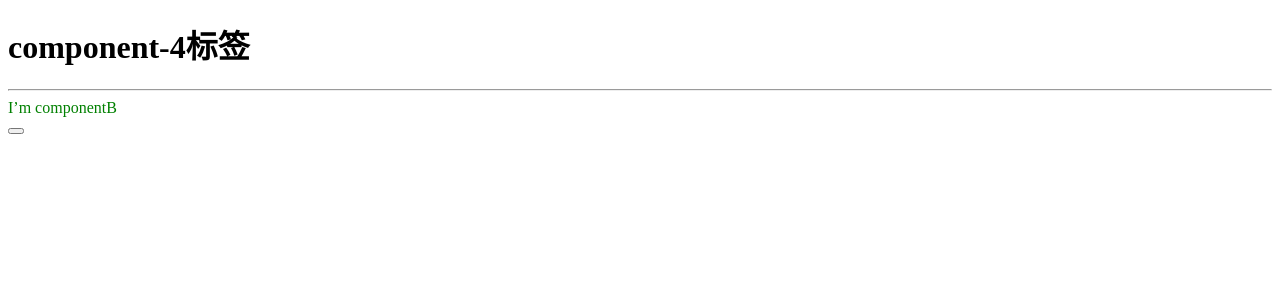
Repository: 13982720426/vue2.0-LearningNotes
Page: example/component-4.html
An editor plug-in stored every save of this project. The page is shown before and after the next save, followed by the edit.
The browser window is 1280 px wide. The pictures show the whole page.

Above is the page before, as saved 2021-06-24 22:17:32.

### example/component-4.html
<!DOCTYPE html>
<html lang="en">
  <head>
    <meta charset="UTF-8" />
    <meta http-equiv="X-UA-Compatible" content="IE=edge" />
    <meta name="viewport" content="width=device-width, initial-scale=1.0" />
    <title>component-4标签</title>
    <script type="text/javascript" src="../assets/js/vue.js"></script>
  </head>
  <body>
    <h1>component-4标签</h1>
    <hr />
    <div id="app">
      <component v-bind:is="who"></component>
      <button @click="changeComponent"></button>
    </div>

    <script type="text/javascript">
      var componentA = {
        template: '<div style="color:red">I’m componentA</div>',
      };
      var componentB = {
        template: '<div style="color:green">I’m componentB</div>',
      };
      var componentC = {
        template: '<div style="color:pink">I’m componentC</div>',
      };
    </script>

    <script type="text/javascript">
      var app = new Vue({
        el: '#app',
        data: {
          who: componentB,
        },
        components: {
          componentA: componentA,
          componentB: componentB,
          componentC: componentC,
        },
        methods: {
          changeComponent: function () {
            if (this.who === 'componentA') {
              this.who = 'componentB';
            } else if (this.who == 'componentB') {
              this.who = 'componentC';
            } else {
              this.who = 'componentA';
            }
          },
        },
      });
    </script>
  </body>
</html>

Loaded but not shown: assets/js/vue.js (library)

After the next save:
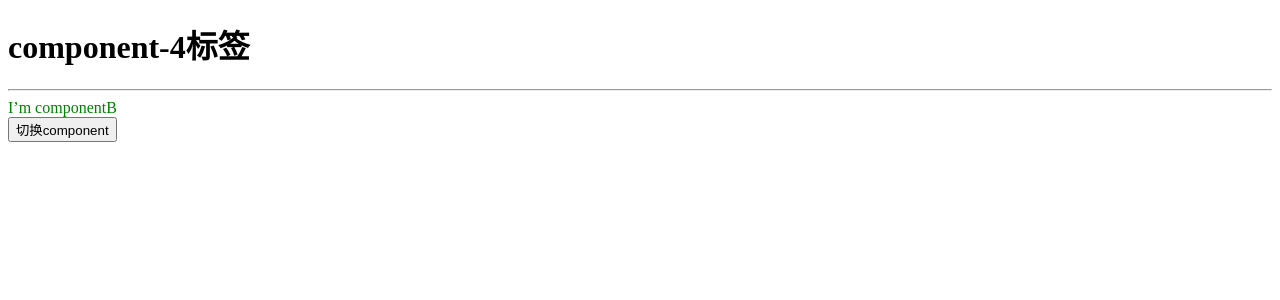
Saved 18 s later.
--- a/example/component-4.html
+++ b/example/component-4.html
@@ -12,7 +12,7 @@
     <hr />
     <div id="app">
       <component v-bind:is="who"></component>
-      <button @click="changeComponent"></button>
+      <button @click="changeComponent">切换component</button>
     </div>
 
     <script type="text/javascript">
